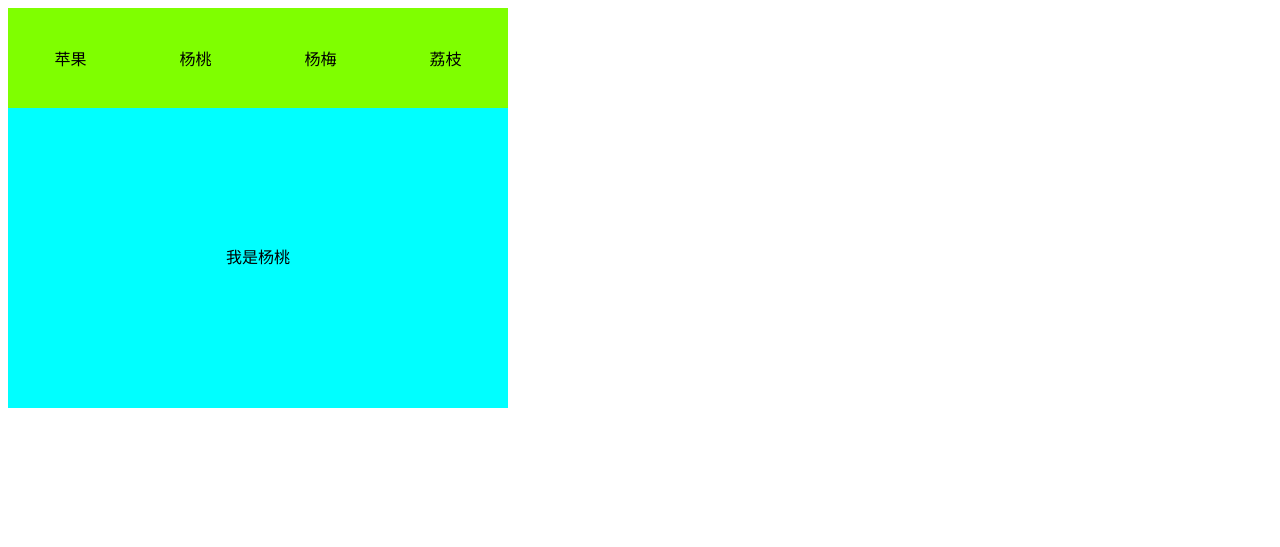
Repository: 1404413577/jsdemo
Page: /res (app in vue-demo/myweb3/)
These files come from the project's save history. The page is drawn as it stood at one moment and after the next save; the edit follows.
The browser window is 1280 px wide. The pictures show the whole page.
The page's requests for data from a server got no answer. The project was rebuilt for these pictures with package versions that can differ from the ones it lists, and the page was loaded fresh each time. No one was signed in, and anything a server would have sent is missing. Also part of the build but not shown: vue-demo/myweb3/vue.config.js.

Above is the page before, as saved 2022-11-25 13:26:20.

### vue-demo/myweb3/src/App.vue
<template>
  <router-view/>
</template>

<script>

</script>
<style lang="less">

</style>

### vue-demo/myweb3/src/router/index.js
import { createRouter, createWebHistory } from 'vue-router'

const routes = [
  {
    path: "/home",
    component: 'home',
    component: () => import('../views/Home.vue')
},
  {
    path: '/onclick',
    name: 'onclick',
    component: () => import('../views/OnClick.vue')
  },
  {
    path: '/res',
    name: 'res',
    component: () => import('../views/res.vue')

  }
]

const router = createRouter({
  history: createWebHistory(process.env.BASE_URL),
  routes
})

export default router

### vue-demo/myweb3/src/views/res.vue
<template>
  <div class="container">
    <div class="nav">
      <div
        class="btn"
        :class="{ active: itemIndex == index }"
        v-for="(item, index) in btnList"
        :key="index"
        @click="btnClick(index)"
      >
        {{ item.name }}
      </div>
    </div>
    <div
      class="detail"
      v-for="(item, index) in btnList"
      :key="index"
      v-show="itemIndex == index"
    >
      {{ item.nameContent }}
    </div>
  </div>

</template>
<script>
import  {getProduct,  getHome}  from '@/api/index'
export default {
  data() {
    return {
      itemIndex: 1,
      btnList: [
        {
          name: "苹果",
          nameContent: "我是苹果",
        },
        {
          name: "杨桃",
          nameContent: "我是杨桃",
        },
        {
          name: "杨梅",
          nameContent: "我是杨梅",
        },
        {
          name: "荔枝",
          nameContent: "我是荔枝",
        },
      ],
    };
  },
  created(){
    getProduct().then(res=>{
      console.log(res);
    }),
    getHome().then(res1=>{
      console.log(res1)

    })
  },
  methods: {
    btnClick(index) {
      this.itbvemIndex = index;
    },
  },
};
</script>


<style scoped>
.container {
  width: 500px;
  height: 500px;
}
.nav{
  display: flex;
  justify-content: space-around;
  width: 100%;
  height: 100px;
  background-color: chartreuse;
  align-items: center;
}
.detail{
  width: 100%;
  height: 300px;
  line-height: 300px;
  background-color: aqua;
  text-align: center;
}
</style>

### vue-demo/myweb3/src/api/index.js
//导入request.js
import request from "@/utils/request";
//可以按需导出
export const getProduct=()=>request.get("/list");

export const getHome =()=>request.get("/home");

### vue-demo/myweb3/src/utils/request.js
import axios from "axios";//创建一个axios的对象
//生成一个axios的实例
const http=axios.create({
	baseURL:"http://localhost:5050",// baseURL会在发送请求的时候拼接在url参数前面
	timeout:3000,//请求超时
});



export default http;//导出

Loaded but not shown: vue-demo/myweb3/public/index.html (common file); vue-demo/myweb3/src/main.js (common file); vue-demo/myweb3/src/store/index.js (common file)

After the next save:
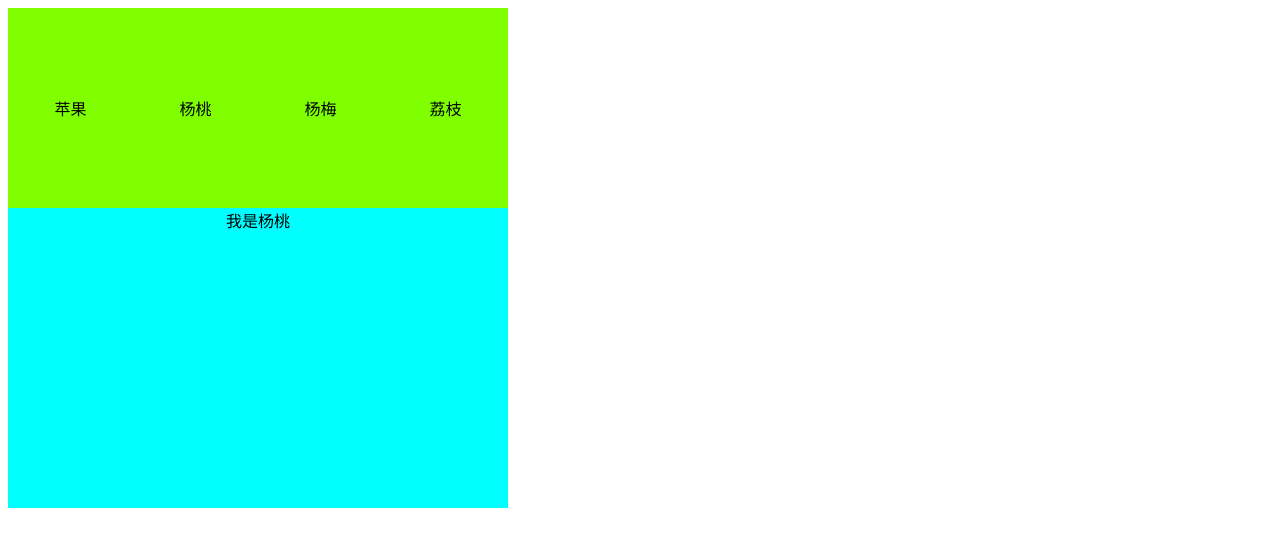
Saved 111 s later.
--- a/vue-demo/myweb3/src/views/res.vue
+++ b/vue-demo/myweb3/src/views/res.vue
@@ -59,7 +59,7 @@ export default {
   },
   methods: {
     btnClick(index) {
-      this.itbvemIndex = index;
+      this.itemIndex = index;
     },
   },
 };
@@ -75,14 +75,13 @@ export default {
   display: flex;
   justify-content: space-around;
   width: 100%;
-  height: 100px;
+  height: 200px;
   background-color: chartreuse;
   align-items: center;
 }
 .detail{
   width: 100%;
   height: 300px;
-  line-height: 300px;
   background-color: aqua;
   text-align: center;
 }
